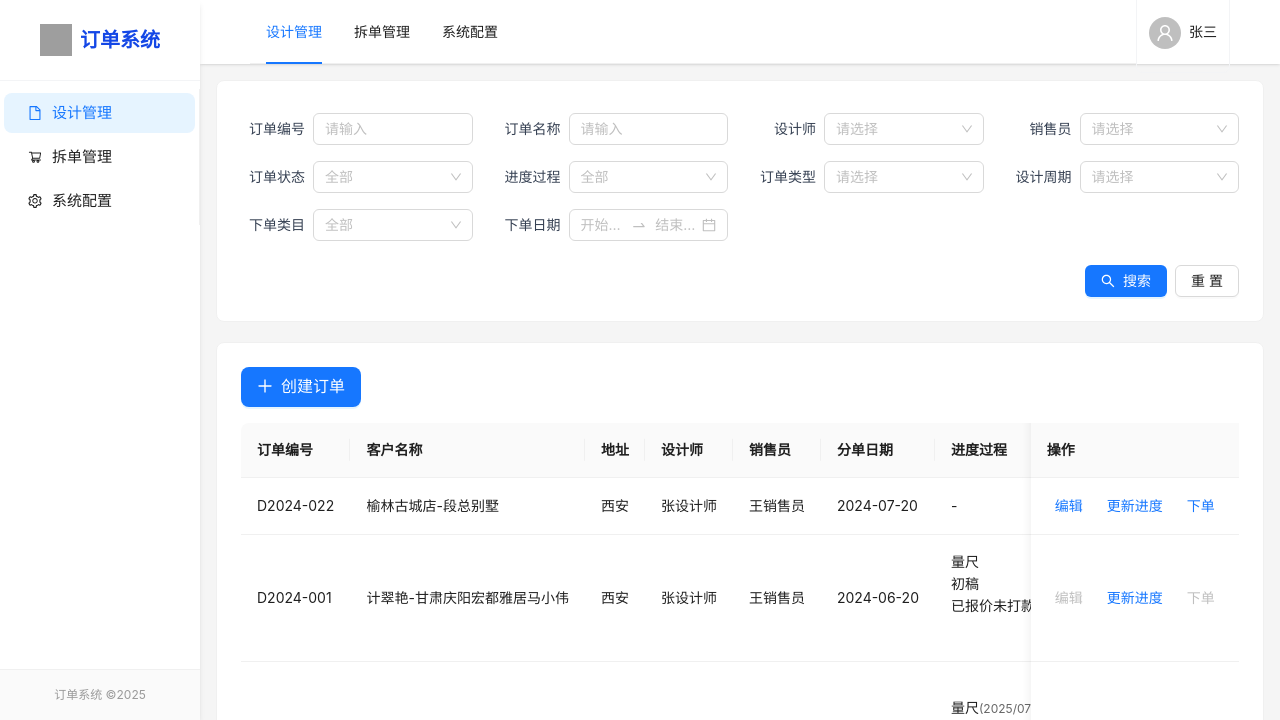
Repository: Garyxiwang/order_system
Page: /design (app in front/)
The author's editor kept a copy of each file at every save. The page is drawn from the files as they stood at one save, then again after the next save.
The browser window is 1280 px wide. The pictures show the whole page.
Pictures or frames that could not be fetched are drawn as grey boxes. An inner scrolling area shows only its first screen. The project was rebuilt for these pictures with package versions that can differ from the ones it lists, and the page was loaded fresh each time. The framework's server and built-in components were replaced by stand-ins that run in the browser. Also part of the build but not shown: front/next.config.js, front/next.config.ts.

Above is the page before, as saved 2025-08-07 15:08:52.

### front/src/app/layout.tsx
import type { Metadata } from "next";
import { Geist, Geist_Mono } from "next/font/google";
import '@ant-design/v5-patch-for-react-19';
import "./globals.css";

const geistSans = Geist({
  variable: "--font-geist-sans",
  subsets: ["latin"],
});

const geistMono = Geist_Mono({
  variable: "--font-geist-mono",
  subsets: ["latin"],
});

export const metadata: Metadata = {
  title: "订单系统",
  description: "基于Next.js、TypeScript和Ant Design构建的订单系统",
};

import AppLayout from '@/components/layout/AppLayout';

export default function RootLayout({
  children,
}: Readonly<{
  children: React.ReactNode;
}>) {
  return (
    <html lang="zh-CN">
      <body
        className={`${geistSans.variable} ${geistMono.variable} antialiased`}
      >
        <AppLayout>
          {children}
        </AppLayout>
      </body>
    </html>
  );
}

### front/src/app/design/page.tsx
"use client";

import React, { useState, useEffect } from "react";
import {
  Card,
  Table,
  Button,
  Space,
  Input,
  Select,
  Row,
  Col,
  Tag,
  message,
  Modal,
  DatePicker,
} from "antd";
import type { ColumnsType } from "antd/es/table";
import { SearchOutlined, PlusOutlined, ExportOutlined } from "@ant-design/icons";
import CreateOrderModal from "./createOrderModal";
import UpdateProgressModal from "./updateProgressModal";
import ProgressDetailModal from "./progressDetailModal";
import {
  getDesignOrders,
  createDesignOrder,
  updateDesignOrder,
  type DesignOrder,
} from "../../services/designApi";

const { Option } = Select;
const { RangePicker } = DatePicker;

const DesignPage: React.FC = () => {
  const [isModalVisible, setIsModalVisible] = useState(false);
  const [editingRecord, setEditingRecord] = useState<DesignOrder | null>(null);
  const [isProgressModalVisible, setIsProgressModalVisible] = useState(false);
  const [selectedOrderNumber, setSelectedOrderNumber] = useState<string>("");
  const [selectedOrderName, setSelectedOrderName] = useState<string>("");
  const [isDetailModalVisible, setIsDetailModalVisible] = useState(false);
  const [selectedProgressData, setSelectedProgressData] = useState<string[]>(
    []
  );
  const [designData, setDesignData] = useState<DesignOrder[]>([]);
  const [loading, setLoading] = useState(false);

  const showModal = () => {
    setEditingRecord(null);
    setIsModalVisible(true);
  };

  const showEditModal = (record: DesignOrder) => {
    console.log("record", record);
    setEditingRecord(record);
    setIsModalVisible(true);
  };

  // 处理下单操作
  const handlePlaceOrder = (record: DesignOrder) => {
    Modal.confirm({
      title: "确认下单",
      content: `确定要为订单 ${record.orderNumber} 下单吗？`,
      okText: "确认",
      cancelText: "取消",
      onOk: async () => {
        try {
          setLoading(true);
          const response = await updateDesignOrder(record.orderNumber, {
            ...record,
            state: "已下单",
          });

          if (response.code === 200) {
            message.success("下单成功");
            await loadDesignData(); // 重新加载数据
          } else {
            message.error(response.message || "下单失败");
          }
        } catch (error) {
          message.error("下单失败，请稍后重试");
          console.error("下单失败:", error);
        } finally {
          setLoading(false);
        }
      },
    });
  };

  // 显示更新进度弹窗
  const showProgressModal = (record: DesignOrder) => {
    setSelectedOrderNumber(record.orderNumber);
    setSelectedOrderName(record.customerName || "");
    setIsProgressModalVisible(true);
  };

  // 关闭更新进度弹窗
  const handleProgressModalCancel = () => {
    setIsProgressModalVisible(false);
    setSelectedOrderNumber("");
  };

  // 显示进度详情弹窗
  const showDetailModal = (record: DesignOrder) => {
    setSelectedOrderNumber(record.orderNumber);
    setSelectedOrderName(record.customerName || "");
    setSelectedProgressData(record.progress ? record.progress.split(",") : []);
    setIsDetailModalVisible(true);
  };

  // 关闭进度详情弹窗
  const handleDetailModalCancel = () => {
    setIsDetailModalVisible(false);
    setSelectedOrderNumber("");
    setSelectedOrderName("");
    setSelectedProgressData([]);
  };

  const handleOk = async (values: {
    orderNumber: string;
    customerName: string;
    orderAddress: string;
    orderType: string;
    designer: string;
    salesperson: string;
    categories: string[];
    splitDate?: string;
    orderStatus: string;
    progressDetail: string;
    remark?: string;
    finishTime?: string;
  }) => {
    try {
      setLoading(true);

      if (editingRecord) {
        // 编辑模式
        const response = await updateDesignOrder(editingRecord.orderNumber, {
          customerName: values.customerName,
          address: values.orderAddress,
          designer: values.designer,
          salesperson: values.salesperson,
          splitTime: values.splitDate || "",
          category: values.categories.join(","),
          orderType: values.orderType,
          remark: values.remark || "",
        });

        if (response.code === 200) {
          message.success("更新成功");
        } else {
          message.error(response.message || "更新失败");
          return;
        }
      } else {
        // 新增模式
        const response = await createDesignOrder({
          customerName: values.customerName,
          address: values.orderAddress,
          designer: values.designer,
          salesperson: values.salesperson,
          splitTime: values.splitDate || "",
          progress: "",
          category: values.categories.join(","),
          cycle: "0",
          state: "未下单",
          orderType: values.orderType,
          remark: values.remark || "",
        });

        if (response.code === 200) {
          message.success("创建成功");
        } else {
          message.error(response.message || "创建失败");
          return;
        }
      }

      // 重新加载数据
      await loadDesignData();
      setIsModalVisible(false);
      setEditingRecord(null);
    } catch (error) {
      message.error("操作失败，请稍后重试");
      console.error("操作失败:", error);
    } finally {
      setLoading(false);
    }
  };

  const handleCancel = () => {
    setIsModalVisible(false);
    setEditingRecord(null);
  };

  // 加载设计订单数据
  const loadDesignData = async () => {
    try {
      setLoading(true);
      const response = await getDesignOrders();
      if (response.code === 200) {
        setDesignData(response.data);
      } else {
        message.error(response.message || "获取数据失败");
      }
    } catch (error) {
      message.error("获取数据失败，请稍后重试");
      console.error("获取数据失败:", error);
    } finally {
      setLoading(false);
    }
  };

  // 组件挂载时加载数据
  useEffect(() => {
    loadDesignData();
  }, []);

  const columns: ColumnsType<DesignOrder> = [
    {
      title: "订单编号",
      dataIndex: "orderNumber",
      key: "orderNumber",
    },
    {
      title: "客户名称",
      dataIndex: "customerName",
      key: "customerName",
    },
    {
      title: "地址",
      dataIndex: "address",
      key: "customerName",
    },
    {
      title: "设计师",
      dataIndex: "designer",
      key: "designer",
    },
    {
      title: "销售员",
      dataIndex: "salesperson",
      key: "salesperson",
    },
    {
      title: "分单日期",
      dataIndex: "splitTime",
      key: "splitTime",
    },
    {
      title: "进度过程",
      dataIndex: "progress",
      key: "progress",
      render: (text: string, record: DesignOrder) => {
        if (!text) return "-";
        const items = text
          .split(",")
          .map((item) => item.trim())
          .filter((item) => item);

        const displayItems = items;

        // 解析进度项目，分离状态和时间
        const parseProgressItem = (item: string) => {
          if (item.includes(":")) {
            const [status, time] = item.split(":");
            return { status: status.trim(), time: time.trim() };
          }
          return { status: item, time: null };
        };

        return (
          <div>
            {displayItems.slice(0, 3).map((item, itemIndex) => {
              const { status, time } = parseProgressItem(item);

              return (
                <div key={itemIndex}>
                  {time ? (
                    <span>
                      {status}
                      <span style={{ fontSize: "12px", color: "#666" }}>
                        ({time})
                      </span>
                    </span>
                  ) : (
                    <span>{status}</span>
                  )}
                </div>
              );
            })}
            {displayItems.length >= 3 && (
              <div style={{ textAlign: "right", marginTop: "4px" }}>
                <Button
                  type="link"
                  size="small"
                  onClick={() => showDetailModal(record)}
                  style={{ padding: "0 4px", fontSize: "12px" }}
                >
                  详情
                </Button>
              </div>
            )}
          </div>
        );
      },
    },
    {
      title: "下单类目",
      dataIndex: "category",
      key: "category",
    },
    {
      title: "设计周期",
      dataIndex: "cycle",
      key: "cycle",
      render: (text: string) => {
        if (!text) return "-";

        // 提取数字部分
        const match = text.match(/(\d+)/);
        const days = match ? parseInt(match[1]) : 0;

        let color = "#000"; // 默认黑色
        if (days > 50) {
          color = "#ff4d4f"; // 红色 - 大于50天
        } else if (days > 20) {
          color = "#faad14"; // 橙色 - 大于20天
        }

        return <span style={{ color }}>{text} 天</span>;
      },
    },
    {
      title: "订单状态",
      dataIndex: "state",
      key: "state",
      render: (text: string) => {
        if (text === "已下单") {
          return <Tag color="green">{text}</Tag>;
        }
        return text;
      },
    },
    {
      title: "下单日期",
      dataIndex: "finishTime",
      key: "finishTime",
      render: (text: string) => <div>{text || "-"}</div>,
    },
    {
      title: "订单类型",
      dataIndex: "orderType",
      key: "orderType",
    },
    {
      title: "备注",
      dataIndex: "remark",
      key: "remark",
      render: (text: string) => (
        <div
          style={{
            maxWidth: "150px",
            wordWrap: "break-word",
            whiteSpace: "pre-wrap",
          }}
        >
          {text || "-"}
        </div>
      ),
    },
    {
      title: "操作",
      key: "action",
      fixed: "right",
      render: (_: unknown, record: DesignOrder) => (
        <Space>
          <Button
            type="link"
            size="small"
            onClick={() => showEditModal(record)}
            disabled={record.state === "已下单"}
          >
            编辑
          </Button>

          <Button
            type="link"
            size="small"
            onClick={() => showProgressModal(record)}
          >
            更新进度
          </Button>
          <Button
            type="link"
            size="small"
            disabled={record.state === "已下单"}
            onClick={() => handlePlaceOrder(record)}
          >
            下单
          </Button>
        </Space>
      ),
    },
  ];

  return (
    <div className="space-y-6">
      {/* 搜索Card */}
      <Card variant="outlined" style={{ marginBottom: 20 }}>
        <Row gutter={24}>
          <Col span={6} className="py-2">
            <div className="flex items-center gap-2">
              <label className="whitespace-nowrap text-sm font-medium text-gray-700 min-w-16 text-right">
                订单编号
              </label>
              <Input
                placeholder="请输入"
                className="rounded-md border-gray-200 flex-1"
                size="middle"
                allowClear
              />
            </div>
          </Col>
          <Col span={6} className="py-2">
            <div className="flex items-center gap-2">
              <label className="whitespace-nowrap text-sm font-medium text-gray-700 min-w-16 text-right">
                订单名称
              </label>
              <Input
                placeholder="请输入"
                className="rounded-md border-gray-200 flex-1"
                size="middle"
                allowClear
              />
            </div>
          </Col>

          <Col span={6} className="py-2">
            <div className="flex items-center gap-2">
              <label className="whitespace-nowrap text-sm font-medium text-gray-700 min-w-16 text-right">
                设计师
              </label>
              <Select
                placeholder="请选择"
                className="rounded-md flex-1"
                size="middle"
                allowClear
              >
                <Option value="designer1">设计师1</Option>
                <Option value="designer2">设计师2</Option>
              </Select>
            </div>
          </Col>
          <Col span={6} className="py-2">
            <div className="flex items-center gap-2">
              <label className="whitespace-nowrap text-sm font-medium text-gray-700 min-w-16 text-right">
                销售员
              </label>
              <Select
                placeholder="请选择"
                className="rounded-md flex-1"
                size="middle"
                allowClear
              >
                <Option value="1">销售员1</Option>
                <Option value="2">销售员2</Option>
                <Option value="3">销售员3</Option>
              </Select>
            </div>
          </Col>
          <Col span={6} className="py-2">
            <div className="flex items-center gap-2">
              <label className="whitespace-nowrap text-sm font-medium text-gray-700 min-w-16 text-right">
                订单状态
              </label>
              <Select
                placeholder="全部"
                className="rounded-md flex-1"
                size="middle"
                allowClear
              >
                <Option value="进行中">进行中</Option>
                <Option value="延期">延期</Option>
                <Option value="暂停">暂停</Option>
                <Option value="已完成">已完成</Option>
                <Option value="等硬装">等硬装</Option>
                <Option value="客户待打款">客户待打款</Option>
                <Option value="待客户确认">待客户确认</Option>
                <Option value="其他">其他</Option>
              </Select>
            </div>
          </Col>
          <Col span={6} className="py-2">
            <div className="flex items-center gap-2">
              <label className="whitespace-nowrap text-sm font-medium text-gray-700 min-w-16 text-right">
                进度过程
              </label>
              <Select
                placeholder="全部"
                className="rounded-md flex-1"
                size="middle"
                allowClear
              >
                <Option value="量尺">量尺</Option>
                <Option value="初稿">初稿</Option>
                <Option value="已报价未打款">已报价未打款</Option>
                <Option value="已打款">已打款</Option>
                <Option value="已下单">已下单</Option>
                <Option value="其他">其他</Option>
              </Select>
            </div>
          </Col>
          <Col span={6} className="py-2">
            <div className="flex items-center gap-2">
              <label className="whitespace-nowrap text-sm font-medium text-gray-700 min-w-16 text-right">
                订单类型
              </label>
              <Select
                placeholder="请选择"
                className="rounded-md flex-1"
                size="middle"
                allowClear
              >
                <Option value="design">设计单</Option>
                <Option value="development">经销商订单</Option>
              </Select>
            </div>
          </Col>
          <Col span={6} className="py-2">
            <div className="flex items-center gap-2">
              <label className="whitespace-nowrap text-sm font-medium text-gray-700 min-w-16 text-right">
                设计周期
              </label>
              <Select
                placeholder="请选择"
                className="rounded-md flex-1"
                size="middle"
                allowClear
              >
                <Option value="小于20天">小于20天</Option>
                <Option value="大于20天">大于20天</Option>
                <Option value="大于50天">大于50天</Option>
              </Select>
            </div>
          </Col>
        </Row>

        <Row gutter={24}>
          <Col span={6} className="py-2">
            <div className="flex items-center gap-2">
              <label className="whitespace-nowrap text-sm font-medium text-gray-700 min-w-16 text-right">
                下单类目
              </label>
              <Select
                placeholder="全部"
                className="rounded-md flex-1"
                size="middle"
                allowClear
              >
                <Option value="designing">木门</Option>
                <Option value="reviewing">柜体</Option>
                <Option value="completed">石材</Option>
                <Option value="completed">板材</Option>
                <Option value="completed">铝合金门</Option>
              </Select>
            </div>
          </Col>
          <Col span={6} className="py-2">
            <div className="flex items-center gap-2">
              <label className="whitespace-nowrap text-sm font-medium text-gray-700 min-w-16 text-right">
                下单日期
              </label>
              <RangePicker
                placeholder={["开始日期", "结束日期"]}
                className="rounded-md flex-1"
                size="middle"
                allowClear
              />
            </div>
          </Col>
        </Row>

        <Row className="mt-4">
          <Col span={24} className="text-right">
            <Space>
              <Button
                type="primary"
                icon={<SearchOutlined />}
                size="middle"
                className="bg-blue-600 hover:bg-blue-700"
              >
                搜索
              </Button>
              <Button
                size="middle"
                className="border-gray-300 hover:border-blue-500"
              >
                重置
              </Button>
            </Space>
          </Col>
        </Row>
      </Card>

      {/* 内容Card */}
      <Card variant="outlined">
        {/* 新增按钮 */}
        <div className="flex justify-between items-center mb-4">
          <Button
            type="primary"
            icon={<PlusOutlined />}
            size="large"
            className="bg-blue-600 hover:bg-blue-700"
            onClick={showModal}
          >
            创建订单
          </Button>
        </div>

        {/* 表格区域 */}
        <Table
          columns={columns}
          dataSource={designData}
          loading={loading}
          bordered={false}
          pagination={{ pageSize: 10 }}
          rowClassName="hover:bg-blue-50"
          rowKey={(record) => record.orderNumber}
          scroll={{ x: "max-content" }}
        />
      </Card>

      {/* 新增订单Modal */}
      <CreateOrderModal
        visible={isModalVisible}
        onOk={handleOk}
        onCancel={handleCancel}
        initialValues={
          editingRecord
            ? {
                orderNumber: editingRecord.orderNumber as string,
                customerName: editingRecord.customerName as string,
                orderAddress: editingRecord.address as string,
                orderType: editingRecord.orderType as string,
                designer: editingRecord.designer as string,
                salesperson: editingRecord.salesperson as string,
                splitDate: editingRecord.splitTime as string,
                orderStatus: editingRecord.state as string,
                categories:
                  (editingRecord.category as string)?.split(",") || [],
                remark: editingRecord.remark as string,
              }
            : undefined
        }
      />

      {/* 更新进度Modal */}
      <UpdateProgressModal
        visible={isProgressModalVisible}
        onCancel={handleProgressModalCancel}
        orderNumber={selectedOrderNumber}
      />

      {/* 进度详情Modal */}
      <ProgressDetailModal
        visible={isDetailModalVisible}
        onCancel={handleDetailModalCancel}
        orderNumber={selectedOrderNumber}
        orderName={selectedOrderName}
        progressData={selectedProgressData}
      />
    </div>
  );
};

export default DesignPage;

### front/src/app/globals.css
@import "tailwindcss";
/* Ant Design 5.x不再需要全局导入CSS文件 */

:root {
  --background: #ffffff;
  --foreground: #171717;
}

@theme inline {
  --color-background: var(--background);
  --color-foreground: var(--foreground);
  --font-sans: var(--font-geist-sans);
  --font-mono: var(--font-geist-mono);
}

@media (prefers-color-scheme: dark) {
  :root {
    --background: #0a0a0a;
    --foreground: #ededed;
  }
}

body {
  background: var(--background);
  color: var(--foreground);
  font-family: Arial, Helvetica, sans-serif;
}

### front/src/components/layout/SideMenu.tsx
'use client';

import React from 'react';
import { Menu } from 'antd';
import { FileOutlined, ShoppingCartOutlined, SettingOutlined, DashboardOutlined } from '@ant-design/icons';
import Link from 'next/link';
import { usePathname } from 'next/navigation';

const SideMenu: React.FC = () => {
  const pathname = usePathname();

  // 根据当前路径确定选中的菜单项
  const getSelectedKey = () => {
    if (pathname.startsWith('/design')) return ['design'];
    if (pathname.startsWith('/split')) return ['split'];
    if (pathname.startsWith('/config')) return ['config'];
    return [];
  };

  const menuItems = [
    {
      key: 'design',
      icon: <FileOutlined className="text-blue-600" />,
      label: <Link href="/design" className="text-gray-700 hover:text-blue-600 font-medium">设计管理</Link>,
    },
    {
      key: 'split',
      icon: <ShoppingCartOutlined className="text-blue-600" />,
      label: <Link href="/split" className="text-gray-700 hover:text-blue-600 font-medium">拆单管理</Link>,
    },
    {
      key: 'config',
      icon: <SettingOutlined className="text-blue-600" />,
      label: <Link href="/config" className="text-gray-700 hover:text-blue-600 font-medium">系统配置</Link>,
    },
  ];

  return (
    <Menu
      mode="inline"
      selectedKeys={getSelectedKey()}
      items={menuItems}
      className="border-r-0 bg-transparent"
      style={{ fontSize: '15px' }}
    />
  );
};

export default SideMenu;

### front/src/components/AntdRegistry.tsx
'use client';

import React from 'react';
import { createCache, extractStyle, StyleProvider } from '@ant-design/cssinjs';
import type Entity from '@ant-design/cssinjs/es/Cache';
import { useServerInsertedHTML } from 'next/navigation';

interface AntdRegistryProps {
  children: React.ReactNode;
}

const AntdRegistry = ({ children }: AntdRegistryProps) => {
  const cache = React.useMemo<Entity>(() => createCache(), []);

  useServerInsertedHTML(() => {
    return (
      <style
        id="antd"
        dangerouslySetInnerHTML={{ __html: extractStyle(cache, true) }}
      />
    );
  });

  return <StyleProvider cache={cache}>{children}</StyleProvider>;
};

export default AntdRegistry;

Loaded but not shown: front/src/app/design/createOrderModal.tsx (239 lines, source omitted); front/src/components/layout/AppLayout.tsx (203 lines, source omitted); front/src/app/design/updateProgressModal.tsx (266 lines, source omitted); front/src/services/designApi.ts (181 lines, source omitted); front/src/app/design/progressDetailModal.tsx (129 lines, source omitted)

After the next save:
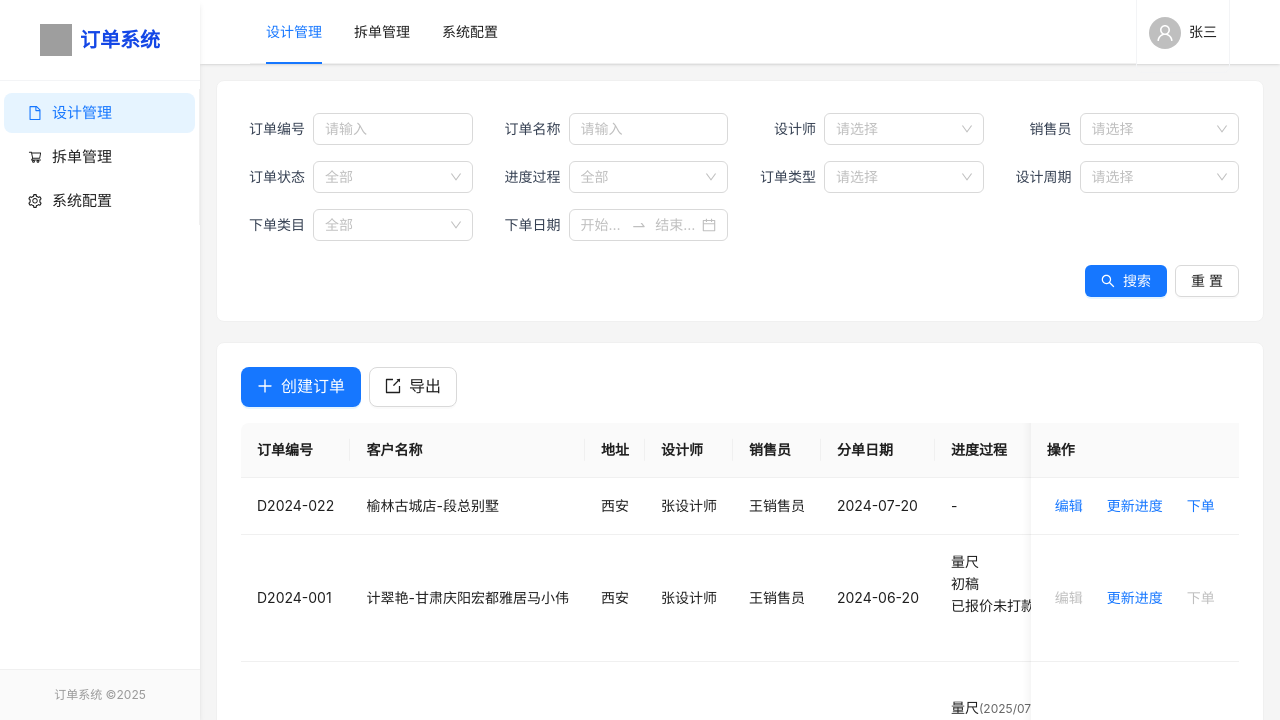
Saved 11 s later.
--- a/front/src/app/design/page.tsx
+++ b/front/src/app/design/page.tsx
@@ -605,15 +605,24 @@ const DesignPage: React.FC = () => {
       <Card variant="outlined">
         {/* 新增按钮 */}
         <div className="flex justify-between items-center mb-4">
-          <Button
-            type="primary"
-            icon={<PlusOutlined />}
-            size="large"
-            className="bg-blue-600 hover:bg-blue-700"
-            onClick={showModal}
-          >
-            创建订单
-          </Button>
+          <Space>
+            <Button
+              type="primary"
+              icon={<PlusOutlined />}
+              size="large"
+              className="bg-blue-600 hover:bg-blue-700"
+              onClick={showModal}
+            >
+              创建订单
+            </Button>
+            <Button
+              icon={<ExportOutlined />}
+              size="large"
+              className="border-gray-300 hover:border-blue-500"
+            >
+              导出
+            </Button>
+          </Space>
         </div>
 
         {/* 表格区域 */}
